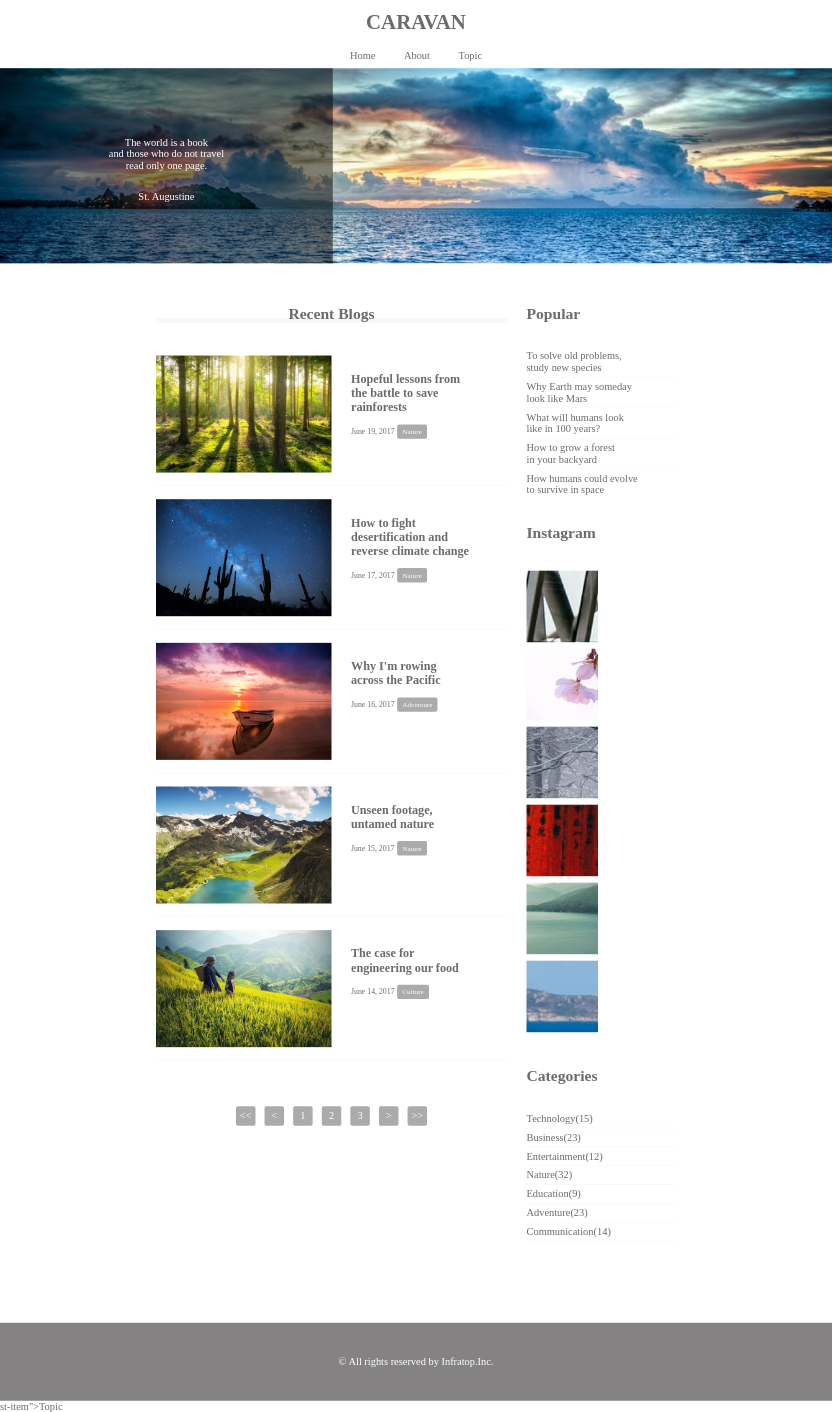
Repository: ayakodesu/html-practice
Page: caravan/index.html
The author's editor kept a record of every edit. The page is drawn from the files as they stood at one moment, then again after the next edit.
The browser window is 1280 px wide. The pictures show the whole page, at 65% of full size.

Above is the page before.

### caravan/index.html
<!DOCTYPE html>
<html lang="ja">
  <head>
    <meta charset="UTF-8" />
    <!-- CSSファイルの読み込み -->
    <link rel="stylesheet" href="style.css" />
    <title>CARAVAN</title>
  </head>

  <body>
    <!-- header -->
    <header>
      <h1 class="heading">
        <a href="index.html">
          CARAVAN
        </a>
      </h1>
    </header>

    <!-- navigation -->
    <nav>
      <ul class="nav-list">
        <li class="nav-list-item">
          <a href="index.html">Home</a>
        </li>
        <li class="nav-list-item">About</li>
        <li class="nav-list-item">Topic</li>
      </ul>
    </nav>

    <!-- main-visual用のdiv -->
    <div class="main-visual">
      <div class="main-visual-content">
        <p class="main-visual-text">
          The world is a book<br />
          and those who do not travel<br />
          read only one page.
        </p>
        <p class="main-visual-name">
          St. Augustine
        </p>
      </div>
    </div>

    <!-- main用のdiv -->
    <main>
      <section class="blog">
        <h2 class="blog-heading">Recent Blogs</h2>
        <div class="blog-box">
          <div class="blog-item">
            <img class="blog-image" src="img/forest.jpg" />
            <section class="blog-text">
              <h3 class="blog-text-heading">
                <a href="single.html">
                  Hopeful lessons from<br />
                  the battle to save<br />
                  rainforests
                </a>
              </h3>
              <p class="blog-date">June 19, 2017</p>
              <span class="category">Nature</span>
            </section>
          </div>
          <div class="blog-item">
            <img class="blog-image" src="img/desert.jpg" />
            <section class="blog-text">
              <h3 class="blog-text-heading">
                <a href="single.html">
                  How to fight<br />
                  desertification and<br />
                  reverse climate change
                </a>
              </h3>
              <p class="blog-date">June 17, 2017</p>
              <span class="category">Nature</span>
            </section>
          </div>
          <div class="blog-item">
            <img class="blog-image" src="img/sunset.jpg" />
            <section class="blog-text">
              <h3 class="blog-text-heading">
                <a href="single.html">
                  Why I'm rowing<br />
                  across the Pacific
                </a>
              </h3>
              <p class="blog-date">June 16, 2017</p>
              <span class="category">Adventure</span>
            </section>
          </div>
          <div class="blog-item">
            <img class="blog-image" src="img/italy.jpg" />
            <section class="blog-text">
              <h3 class="blog-text-heading">
                <a href="single.html">
                  Unseen footage,<br />
                  untamed nature
                </a>
              </h3>
              <p class="blog-date">June 15, 2017</p>
              <span class="category">Nature</span>
            </section>
          </div>
          <div class="blog-item">
            <img class="blog-image" src="img/asia.jpg" />
            <section class="blog-text">
              <h3 class="blog-text-heading">
                <a href="single.html">
                  The case for<br />
                  engineering our food
                </a>
              </h3>
              <p class="blog-date">June 14, 2017</p>
              <span class="category">Culture</span>
            </section>
          </div>
        </div>
        <div class="pagination">
          <p><<</p>
          <p><</p>
          <p>1</p>
          <p>2</p>
          <p>3</p>
          <p>></p>
          <p>>></p>
        </div>      </section>
      <div class="sidebar">
        <section class="popular">
          <h2 class="popular-heading common-heading">Popular</h2>
          <div class="sidebar-contents">
            <p class="popular-text">
              To solve old problems,<br />study new species
            </p>
            <p class="popular-text">
              Why Earth may someday<br />look like Mars
            </p>
            <p class="popular-text">
              What will humans look<br />like in 100 years?
            </p>
            <p class="popular-text">
              How to grow a forest<br />in your backyard
            </p>
            <p class="popular-text">
              How humans could evolve<br />to survive in space
            </p>
          </div>
        </section>
        <section class="instagram">
          <h2 class="instagram-heading common-heading">Instagram</h2>
          <div class="sidebar-contents">
            <div class="instagram-box"></div>
            <div class="instagram-box"></div>
            <div class="instagram-box"></div>
            <div class="instagram-box"></div>
            <div class="instagram-box"></div>
            <div class="instagram-box"></div>
          </div>
        </section>
        <section class="categories">
          <h2 class="categories-heading common-heading">Categories</h2>
          <div class="sidebar-contents">
            <p class="categories-text">Technology(15)</p>
            <p class="categories-text">Business(23)</p>
            <p class="categories-text">Entertainment(12)</p>
            <p class="categories-text">Nature(32)</p>
            <p class="categories-text">Education(9)</p>
            <p class="categories-text">Adventure(23)</p>
            <p class="categories-text">Communication(14)</p>
          </div>
        </section>
      </div>
    </main>

    <!-- footer -->
    <footer>
      <p class="footer-text">© All rights reserved by Infratop.Inc.</p>
    </footer>
  </body>
</html>st-item">Topic</li>
      </ul>
    </nav>

### caravan/style.css
/* ブラウザがそれぞれ持っているCSSをリセットするための記述*/
 * {
  margin: 0;
  padding: 0;
  box-sizing: border-box;
  color: #6c6b6b;
}

a {
  text-decoration: none;
}

header {
  width: 90%; /* 横幅90% */
  padding: 15px 0;
  margin: 0 auto;
  text-align: center;
}

header .heading { /* headerタグ内のheadingクラスにのみ反映される */
  font-size: 32px;
}

.nav-list {
  text-align: center;
  padding: 10px 0;
  margin: 0 auto;
}

.nav-list-item {
  list-style: none;
  display: inline-block;
  margin: 0 20px;
}

.main-visual {
  width: 100%; /* 横幅いっぱい */
  height: 300px; /* 高さ300px */
   background-image: url(img/mv.jpg);
   background-size: cover;
   background-position: center;
}

.main-visual-content {
  width: 40%;
  height: 300px;
  background-color: rgba( 0, 0, 0, 0.5);
  text-align: center;
  padding-top: 105px;
}

.main-visual-text {
  color: #fff; /* 文字色を白に変更 */
}

.main-visual-name {
  margin-top: 30px; /* 上側の外側の余白 */
  color: #fff; /* 文字色を白に変更 */
}

main {
  width: 800px;
  display:flex;
  justify-content: center;
  margin: 0 auto;
  padding: 70px 0;
}


.blog {
  width: 540px;
  margin-right: 30px;
}

.blog-heading {
  border-bottom: 8px solid #f7f7f7;
  text-align: center;
  line-height: 0.6;
}

.blog-box {
  padding-top: 50px;
}

.blog-item {
  padding-bottom: 20px;
  margin-bottom: 20px;
  border-bottom: 1px solid #f7f7f7;
  display: flex;
  justify-content: flex-start;
}

.blog-image {
  height: 180px;
}

.blog-text {
  padding: 25px 0 0 30px;
}

.blog-text-heading {
  padding-bottom: 15px;
}



.blog-date {
  font-size: 12px;
  display: inline-block;
}

.category {
  display: inline-block;
  padding: 5px 8px;
  background-color: #acabab;
  border-radius: 3px;
  color: #fff;
  font-size: 11px;
}

.pagination {
  text-align: center;
  padding-top: 50px;
}

.pagination p {
  display: inline-block;
  width: 30px;
  height: 30px;
  margin: 0 5px;
  color: #fff;
  background-color: #acabab;
  border-radius: 3px;
  line-height: 30px;
}



.sidebar {
  width: 230px;
}

.common-heading {
  border-bottom: 8px sold #f7f7f7;
  text-align: senter;
  line-height: 0.6;
}

.sidebar-contents {
  padding: 50px 0;
}

.popular-text,
.categories-text {
  padding-bottom: 5px;
  border-bottom: 1px solid #f7f7f7;
  margin-bottom: 5px;
}

.popular-text:last-child,
.categorise-text:last-child {
  margin: 0;
  padding: 0;
  border: none;
}

.instagram .sidebar-contents {
  deisplay: flex;
  flex-wrap: wrap;
}

.instagram-box {
  width: 110px;
  padding-top: 110px;
  background-size: cober;
  background-position: center;
  margin-bottom: 10px;
}

.instagram-box:nth-child(odd) {
  margin: 0 10px 10px 0;
}

.instagram-box:nth-child(1) {
  background-image: url(img/airport.jpg);
}

.instagram-box:nth-child(2) {
  background-image: url(img/japan.jpg);
}

.instagram-box:nth-child(3) {
  background-image: url(img/snow.jpg);
}

.instagram-box:nth-child(4) {
  background-image: url(img/japan2.jpg);
}

.instagram-box:nth-child(5) {
  background-image: url(img/lake.jpg);
}

.instagram-box:nth-child(6) {
  background-image: url(img/road.jpg);
}






footer {
  width: 100%;
  height: 120px;
  text-align: center;
  line-height: 120px;
  background-color: #848282;
}

.footer-text {
  color: #fff;
}

After the next edit:
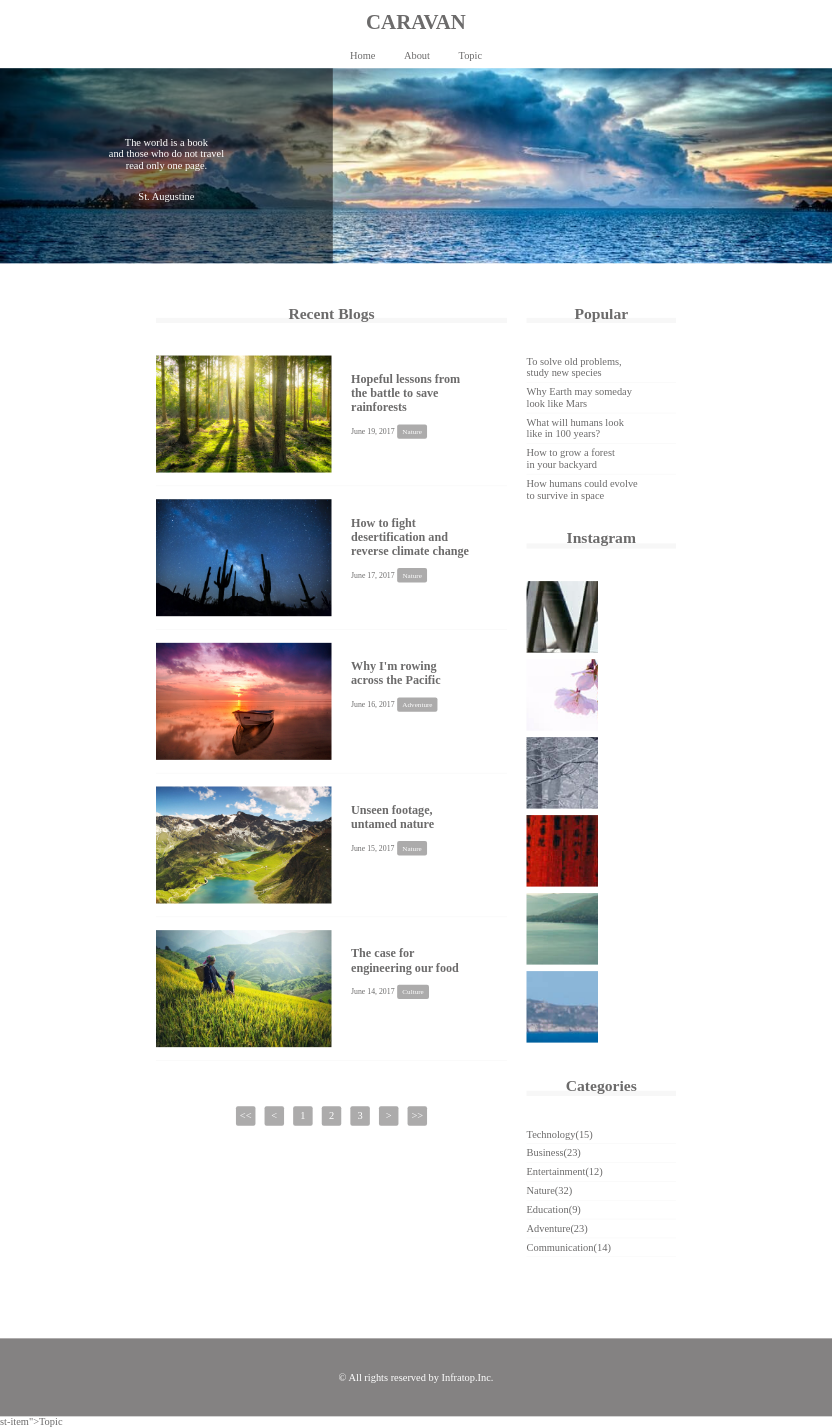
The edit:
--- a/caravan/style.css
+++ b/caravan/style.css
@@ -141,8 +141,8 @@
 }
 
 .common-heading {
-  border-bottom: 8px sold #f7f7f7;
-  text-align: senter;
+  border-bottom: 8px solid #f7f7f7;
+  text-align: center;
   line-height: 0.6;
 }
 
